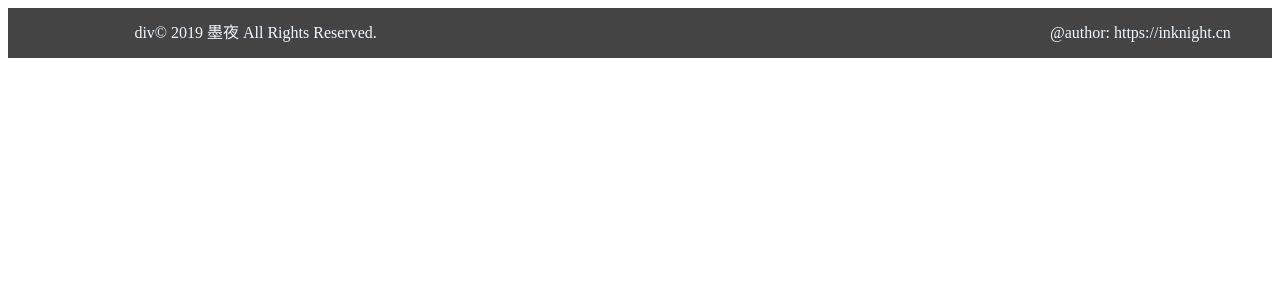
Repository: inkn/Blog
Page: views/_partials/footer.html
The author's editor kept a copy of each file at every save. The page is drawn from the files as they stood at one save, then again after the next save.
The browser window is 1280 px wide. The pictures show the whole page.

Above is the page before, as saved 2019-04-11 20:38:43.

After the next save:
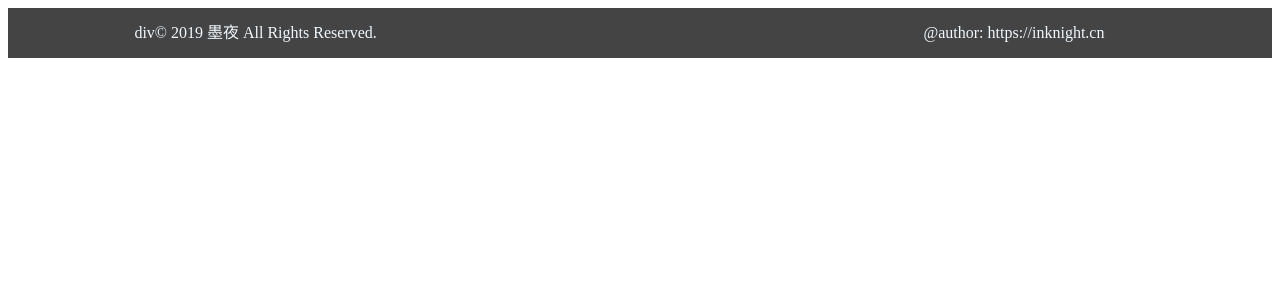
Saved 25 s later.
--- a/views/_partials/footer.html
+++ b/views/_partials/footer.html
@@ -1,3 +1,3 @@
 <div style="height: 50px;line-height: 50px;
 background-color: #444;color: aliceblue;text-align: center;">
-<div style="float:left;margin-left: 10%;margin-right:50%;">div© 2019 墨夜 All Rights Reserved.</div>        <a style="">@author: https://inknight.cn</a></div>
+<div style="float:left;margin-left: 10%;margin-right:30%;">div© 2019 墨夜 All Rights Reserved.</div>        <a >@author: https://inknight.cn</a></div>
